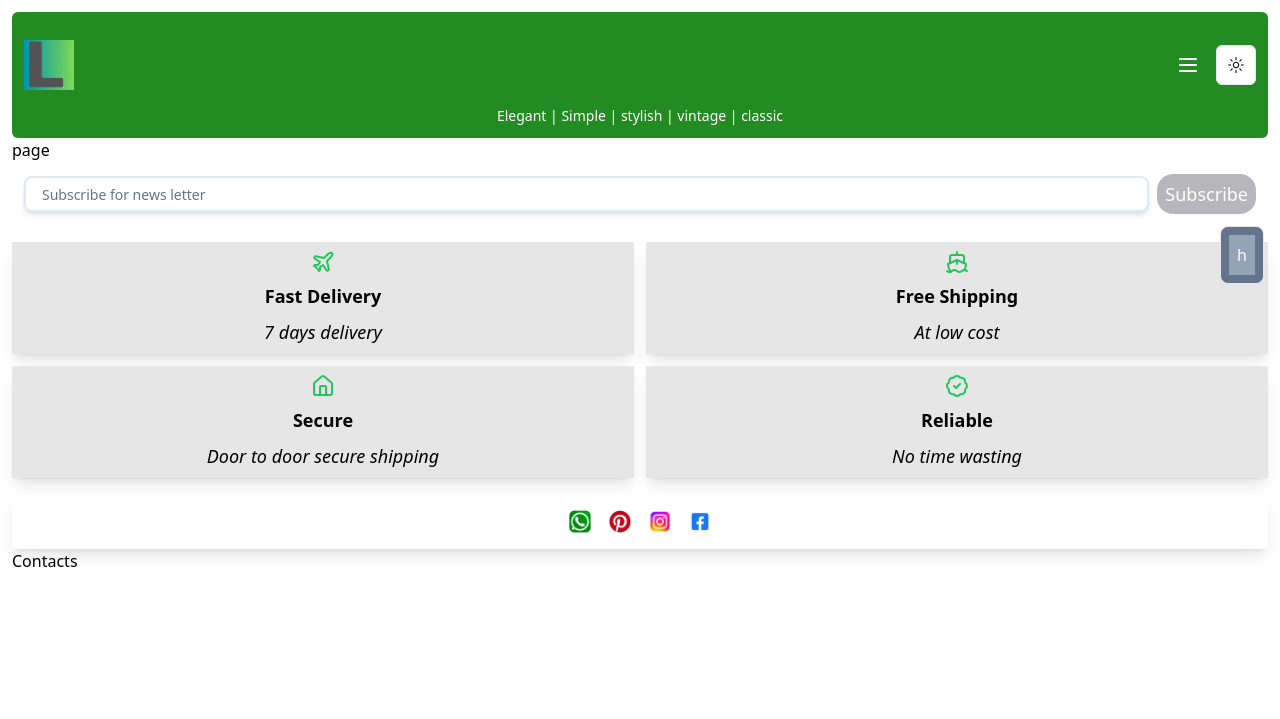
Repository: Semanmernstack/bisi-abejide
Page: /bb
An editor plug-in stored every save of this project. The page is shown before and after the next save, followed by the edit.
The browser window is 1280 px wide. The pictures show the whole page.
The project was rebuilt for these pictures with package versions that can differ from the ones it lists, and the page was loaded fresh each time. The framework's server and built-in components were replaced by stand-ins that run in the browser. Also part of the build but not shown: next.config.mjs.

Above is the page before, as saved 2024-04-19 00:44:46.

### app/layout.tsx
import type { Metadata } from "next";
import { Inter } from "next/font/google";
import "./globals.css";
import { ThemeProvider } from "@/components/theme-provider";
import Nav from "@/components/Nav";
import Footer from "@/components/Footer";

const inter = Inter({ subsets: ["latin"] });

export const metadata: Metadata = {
  title: "Welcome to Lolaflo store",
  description: "Hppy Shopping",
};

export default function RootLayout({
  children,
}: Readonly<{
  children: React.ReactNode;
}>) {
  return (
    <html lang="en">
      <body className=" flex flex-col p-3  min-h-screen   dark:bg-gray-800 dark:text-white">
      <ThemeProvider
            attribute="class"
            defaultTheme="system"
            enableSystem
            disableTransitionOnChange
          >
            <Nav/>
        {children}
        <Footer/>
      </ThemeProvider>
        </body>
    </html>
  );
}

### components/Nav.tsx
"use client"

import Image from "next/image"
import Cat from "./Cat"
import Toggle from "./Toggle"
import { motion } from "framer-motion"
import anky from '../public/anky.gif'
import Link from "next/link"

function Nav() {
    return (
      <div    className='p-3 top-0 z-50 sticky w-full bg-[#228B22] rounded-md  '>

          <div    className='flex py-4 gap-2 items-center justify-between '>
              <motion.div
                     initial={{
                        x: -500,
                         opacity: 0,
                        scale:0.5,
                    }}
                    animate={{
                        x:0,
                        opacity: 1,
                        scale: 1,
                    }}
                    transition={{
                        duration: 1,
                    }}
                    className='flex flex-col  justify-start   font-serif items-center  text-white'>
                    <Link href={'/'} className="flex flex-col ">


                      <Image className="flex justify-start" src={anky} alt="" width={50} height={40}/>

                    </Link>






              </motion.div>
              <motion.div
                  initial={{
                    x: 500,
                    opacity: 0,
                    scale:0.5,
                }}
                animate={{
                    x:0,
                    opacity: 1,
                    scale: 1,
                }}
                transition={{
                    duration: 1,
                }}
                className='flex items-center  space-x-2'>
                  <Cat/>
                  <Toggle/>
              </motion.div>
          </div>

          <div  className="flex  text-center justify-center text-white text-xs ">
                <h1 className="text-sm font-medium">Elegant | Simple | stylish | vintage | classic</h1>
            </div>

      </div>
    )
  }

  export default Nav

### components/Footer.tsx
"use client"
import React, { useState } from 'react'
import Mailing from './Mailing'
import Delivery from './Delivery'
import Ai from './Ai'
import NewsLet from './NewsLet'
import SubAi from './SubAi'
import Contacts from './Contacts'
import Icon from './Icon'

function Footer() {

  return (
    <div >
        <div>
            <NewsLet/>
            <SubAi   />
            <Delivery />
            <Icon/>
            <Contacts/>
        </div>
    </div>
  )
}

export default Footer

try {

} catch (error) {

}

### components/Cat.tsx
"use client"
import React from 'react'
import {
    DropdownMenu,
    DropdownMenuContent,
    DropdownMenuItem,
    DropdownMenuLabel,
    DropdownMenuSeparator,
    DropdownMenuTrigger,
  } from "@/components/ui/dropdown-menu"
import { MenuIcon } from 'lucide-react'
import { usePathname } from 'next/navigation'
import Link from 'next/link'
import Icon from './Icon'

interface P {
    name: string,
    href: string
}

const links: P[] = [
    {
        name: 'Home', href: "/"
    },
    {
        name: 'Ankara ', href: "/Ankara"

    },

    {
        name: 'Kaftan ', href: "/Kaftan"

    },
    {
        name: 'Turban ', href: "/Turban"

    },




]


function Cat() {
    const pathname = usePathname()
  return (

    <div>
        <DropdownMenu >
            <DropdownMenuTrigger className=" flex flex-col w-10 h-9  text-white text-xl  justify-center items-center text-center">
                <MenuIcon/>
            </DropdownMenuTrigger>
            <DropdownMenuContent className=''>
                <DropdownMenuLabel className=" flex font-bold font-serif sm:font-bold justify-center gap-1 p-1 border items-center"> CATEGORIES</DropdownMenuLabel>
                <DropdownMenuSeparator />

                <DropdownMenuItem className="flex items-center justify-center   flex-col p-3 gap-2    rounded-md">
                {links.map((l, index) => (
                <div key={index} className='flex   rounded-lg  text-zinc-500 md:w-1/2 text-center font-extrabold     p-2 transition ease-in-out delay-150 hover:-translate-y-1 hover:scale-95  duration-300 '>
                    {pathname === l.href ? (
                        <Link href={l.href} className='text-sm sm:text-lg text-red-800 font-semibold animate-pulse'>
                            {l.name}
                        </Link>

                    ):(
                        <Link href= {l.href }
                        className="flex   p-2 gap-1 italic sm:font-semibold hover:border rounded-lg border-teal-700  text-slate-800 dark:text-white text-sm sm:text-lg font-bold transition duration-100  "
                        >
                            {l.name}
                        </Link>

                    )}

                </div>
            ))}
            <Icon/>

                </DropdownMenuItem>


            </DropdownMenuContent>
        </DropdownMenu>

    </div>
  )
}

export default Cat

### components/Toggle.tsx
"use client"
import React from 'react'
import { MoonIcon, SunIcon } from "@radix-ui/react-icons"
import { useTheme } from "next-themes"
import { Button } from "@/components/ui/button"
import {
    DropdownMenu,
    DropdownMenuContent,
    DropdownMenuItem,
    DropdownMenuTrigger,
  } from "@/components/ui/dropdown-menu"

function Toggle() {
    const { setTheme } = useTheme()
  return (
    <div>
        <DropdownMenu>
      <DropdownMenuTrigger asChild>
        <Button variant="outline" size="icon">
          <SunIcon className=" h-4 w-4 rotate-0 scale-100 transition-all dark:-rotate-90 dark:scale-0" />
          <MoonIcon className="absolute h-4 w-4 rotate-90 scale-0 transition-all dark:rotate-0 dark:scale-100" />
          <span className="sr-only">Toggle theme</span>
        </Button>
      </DropdownMenuTrigger>
      <DropdownMenuContent align="end">
        <DropdownMenuItem onClick={() => setTheme("light")}>
          Light
        </DropdownMenuItem>
        <DropdownMenuItem onClick={() => setTheme("dark")}>
          Dark
        </DropdownMenuItem>
        <DropdownMenuItem onClick={() => setTheme("system")}>
          System
        </DropdownMenuItem>
      </DropdownMenuContent>
    </DropdownMenu>

    </div>
  )
}

export default Toggle

### components/Delivery.tsx

import {  BadgeCheckIcon, PlaneIcon, HomeIcon, ShipIcon } from 'lucide-react'
import React from 'react'

const details = [
    {
        name: 'Fast Delivery',
        icon: <PlaneIcon/>,
        desc: '7 days delivery',
    },
    {
        name: 'Free Shipping',
        icon: <ShipIcon/>,
        desc: 'At low cost',
    },
    {
        name: 'Secure',
        icon: <HomeIcon/>,
        desc: 'Door to door secure shipping',
    },
    {
        name: 'Reliable',
        icon: <BadgeCheckIcon/>,
        desc: 'No time wasting',
    },
]

function Delivery() {
  return (
    <div className='  dark:bg-gray-800   py-4 grid grid-cols-1 sm:grid-cols-2 gap-3'>
        {details?.map((b, i) => (
            <div className='flex flex-col border-1  text-center justify-center items-center  bg-[#e6e6e6] p-2 gap-2 shadow-lg ' key={i}>
                <h2 className='text-green-500 '>{b.icon}</h2>
                <h4 className='text-xs sm:text-sm md:text-lg dark:text-white font-bold'>{b.name}</h4>
                <h5 className='text-xs sm:text-sm  dark:text-white md:text-lg italic'>{b.desc}</h5>


            </div>

        ))}


    </div>

  )
}

export default Delivery

### components/NewsLet.tsx
import React from 'react'
import Mail from './Mail'

function NewsLet() {
  return (
    <div>
        <Mail/>
    </div>
  )
}

export default NewsLet

### components/SubAi.tsx
"use client"

import React, { useState } from 'react'
import Ai from './Ai';
import { motion } from "framer-motion"

function SubAi() {
  const [chatBoxOpen, setChatBoxOpen] = useState(false);
  return (
    <motion.div
    initial={{
      x: 500,
      opacity: 0,
      scale:0.5,
  }}
  animate={{
      x:0,
      opacity: 1,
      scale: 1,
  }}
  transition={{
      duration: 1,
  }}
       className='flex items-center justify-between right-4 bottom-25 z-50 fixed  bg-slate-500 rounded-lg text-white  max-w-2xl border p-2 '  >



      <Ai />
    </motion.div>
  )
}

export default SubAi

### components/Icon.tsx
"use client"
import React from 'react'

import whatsapp from '../public/whatsapp.png'
import instagram from '../public/intagram.jpg'
import facebook from '../public/facebook.png'
import pinterest from '../public/pinterest.png'
import Image from 'next/image'
import Link from 'next/link'

function Icon() {
  return (
    <div


        className='flex p-4 gap-4 shadow-lg items-center text-center justify-center   text-sm      '>

        <Link className='contain  transition ease-in-out delay-150  hover:translate-y-1 hover:scale-95  duration-300      ' href={''}>
            <Image src={whatsapp} alt="whatsapp" width={24} height={24} />
        </Link>
        <Link className='contain  transition ease-in-out delay-150  hover:translate-y-1 hover:scale-95  duration-300    ' href={''}>
            <Image src={pinterest} alt="whatsapp" width={24} height={24} />
        </Link>
        <Link className='contain transition ease-in-out delay-150  hover:translate-y-1 hover:scale-95  duration-300   ' href={''}>

            <Image src={instagram} alt="whatsapp" width={24} height={24} />
        </Link>
        <Link className='contain transition ease-in-out delay-150  hover:translate-y-1 hover:scale-95  duration-300     ' href={''}>
            <Image src={facebook} alt="whatsapp" width={24} height={24} />
        </Link>


    </div>
  )
}

export default Icon

### components/ui/button.tsx
import * as React from "react"
import { Slot } from "@radix-ui/react-slot"
import { cva, type VariantProps } from "class-variance-authority"

import { cn } from "@/lib/utils"

const buttonVariants = cva(
  "inline-flex items-center justify-center whitespace-nowrap rounded-md text-sm font-medium ring-offset-white transition-colors focus-visible:outline-none focus-visible:ring-2 focus-visible:ring-slate-950 focus-visible:ring-offset-2 disabled:pointer-events-none disabled:opacity-50 dark:ring-offset-slate-950 dark:focus-visible:ring-slate-300",
  {
    variants: {
      variant: {
        default: "bg-slate-900 text-slate-50 hover:bg-slate-900/90 dark:bg-slate-50 dark:text-slate-900 dark:hover:bg-slate-50/90",
        destructive:
          "bg-red-500 text-slate-50 hover:bg-red-500/90 dark:bg-red-900 dark:text-slate-50 dark:hover:bg-red-900/90",
        outline:
          "border border-slate-200 bg-white hover:bg-slate-100 hover:text-slate-900 dark:border-slate-800 dark:bg-slate-950 dark:hover:bg-slate-800 dark:hover:text-slate-50",
        secondary:
          "bg-slate-100 text-slate-900 hover:bg-slate-100/80 dark:bg-slate-800 dark:text-slate-50 dark:hover:bg-slate-800/80",
        ghost: "hover:bg-slate-100 hover:text-slate-900 dark:hover:bg-slate-800 dark:hover:text-slate-50",
        link: "text-slate-900 underline-offset-4 hover:underline dark:text-slate-50",
      },
      size: {
        default: "h-10 px-4 py-2",
        sm: "h-9 rounded-md px-3",
        lg: "h-11 rounded-md px-8",
        icon: "h-10 w-10",
      },
    },
    defaultVariants: {
      variant: "default",
      size: "default",
    },
  }
)

export interface ButtonProps
  extends React.ButtonHTMLAttributes<HTMLButtonElement>,
    VariantProps<typeof buttonVariants> {
  asChild?: boolean
}

const Button = React.forwardRef<HTMLButtonElement, ButtonProps>(
  ({ className, variant, size, asChild = false, ...props }, ref) => {
    const Comp = asChild ? Slot : "button"
    return (
      <Comp
        className={cn(buttonVariants({ variant, size, className }))}
        ref={ref}
        {...props}
      />
    )
  }
)
Button.displayName = "Button"

export { Button, buttonVariants }

### components/Mail.tsx
"use client"
import React, { FormEvent, useState } from 'react'
import { Input } from './ui/input'
import { Button } from './ui/button'

function Mail() {
    const [input, setInput] = useState<string>("")
    const [mailError, setMailError] = useState<string> ("")
    const [mailOk, setMailOk] = useState<string>("")

    const handleSubmit = async (e: FormEvent<HTMLFormElement>) => {
        e.preventDefault()
        const email = input;


        const res = await fetch("/api/mailSub", {
            method: 'POST',
            headers: {
                "Content-Type": "application/json",
            },

            body: JSON.stringify({email}),

        })

        const data = await res.json()
        if (data.error) {
            setMailError('Hey you already subscribe to trizzas cake')

            return
        }
        setMailOk(data.res)
        setInput("")


    }


  return (
    <div className='flex flex-col items-center w-full  '>
        <form className="flex  flex-col p-3 w-full " onSubmit={handleSubmit}>
            <div className='gap-2 flex  flex-col md:flex-row items-center'>
                <Input type="email"
                    placeholder='Subscribe for news letter'
                    value={input}

                    onChange={(e) => setInput(e.target.value)}
                    required
                    className="outline-none flex-1 w-full text-white shadow-md  border-2 h-12 md:h-8   p-4 rounded-lg   from-fuchsia-400 "

                 />
                 <Button className="text-sm   text-center justify-center flex cursor-pointer  text-white bg-zinc-500 p-2  sm:text-lg transition ease-in-out delay-150 hover:-translate-y-1 hover:scale-95  duration-300  rounded-xl md:rounded-2xl " type='submit' disabled={!input}    >
                    Subscribe
                 </Button>
            </div>

        </form>
        {(mailOk || mailError ) && (
            <div className="mt-5 text-sm text-center justify-center font-extrabold">
             {mailOk ?(<p className="  bg-red-900 px-2 py-2 mb-2 text-white"> Subscription Sucessful !! </p>):(<p className="bg-green-500 p-1">You already Subscribed</p>)}
            </div>
        )}

    </div>
  )
}

export default Mail

### components/Ai.tsx
import {  Bot, MessageCircleIcon, SendHorizontal, XCircle } from 'lucide-react'
import React, { useState } from 'react'
import SubAi from './SubAi'
import ReactMarkdown from "react-markdown";

import { SocialIcon } from 'react-social-icons'
import { Message, useChat } from 'ai/react';

import Link from 'next/link';
import { cn } from '@/lib/utils';

import {
  Popover,
  PopoverContent,
  PopoverTrigger,
} from "@/components/ui/popover"


function Ai() {





  return (

    <div className='p-2 max-w-2xl bg-slate-400 mx-auto h-full'>
      <Popover  >
      <PopoverTrigger>h</PopoverTrigger>

        <PopoverContent className=' text-green-600 mx-auto h-full bg-slate-200 max-w-2xl'> Welcome to LOLAFLO store</PopoverContent>

      </Popover>






    </div>

  )
}

export default Ai

### components/ui/input.tsx
import * as React from "react"

import { cn } from "@/lib/utils"

export interface InputProps
  extends React.InputHTMLAttributes<HTMLInputElement> {}

const Input = React.forwardRef<HTMLInputElement, InputProps>(
  ({ className, type, ...props }, ref) => {
    return (
      <input
        type={type}
        className={cn(
          "flex h-10 w-full rounded-md border border-slate-200 bg-white px-3 py-2 text-sm ring-offset-white file:border-0 file:bg-transparent file:text-sm file:font-medium placeholder:text-slate-500 focus-visible:outline-none focus-visible:ring-2 focus-visible:ring-slate-950 focus-visible:ring-offset-2 disabled:cursor-not-allowed disabled:opacity-50 dark:border-slate-800 dark:bg-slate-950 dark:ring-offset-slate-950 dark:placeholder:text-slate-400 dark:focus-visible:ring-slate-300",
          className
        )}
        ref={ref}
        {...props}
      />
    )
  }
)
Input.displayName = "Input"

export { Input }

### components/ui/popover.tsx
"use client"

import * as React from "react"
import * as PopoverPrimitive from "@radix-ui/react-popover"

import { cn } from "@/lib/utils"

const Popover = PopoverPrimitive.Root

const PopoverTrigger = PopoverPrimitive.Trigger

const PopoverContent = React.forwardRef<
  React.ElementRef<typeof PopoverPrimitive.Content>,
  React.ComponentPropsWithoutRef<typeof PopoverPrimitive.Content>
>(({ className, align = "center", sideOffset = 4, ...props }, ref) => (
  <PopoverPrimitive.Portal>
    <PopoverPrimitive.Content
      ref={ref}
      align={align}
      sideOffset={sideOffset}
      className={cn(
        "z-50 w-72 rounded-md border border-slate-200 bg-white p-4 text-slate-950 shadow-md outline-none data-[state=open]:animate-in data-[state=closed]:animate-out data-[state=closed]:fade-out-0 data-[state=open]:fade-in-0 data-[state=closed]:zoom-out-95 data-[state=open]:zoom-in-95 data-[side=bottom]:slide-in-from-top-2 data-[side=left]:slide-in-from-right-2 data-[side=right]:slide-in-from-left-2 data-[side=top]:slide-in-from-bottom-2 dark:border-slate-800 dark:bg-slate-950 dark:text-slate-50",
        className
      )}
      {...props}
    />
  </PopoverPrimitive.Portal>
))
PopoverContent.displayName = PopoverPrimitive.Content.displayName

export { Popover, PopoverTrigger, PopoverContent }

Loaded but not shown: app/bb/page.tsx (common file); app/globals.css (common file); components/theme-provider.tsx (common file); components/Contacts.tsx (common file); lib/utils.ts (common file); tailwind.config.ts (common file); components/ui/dropdown-menu.tsx (200 lines, source omitted)

After the next save:
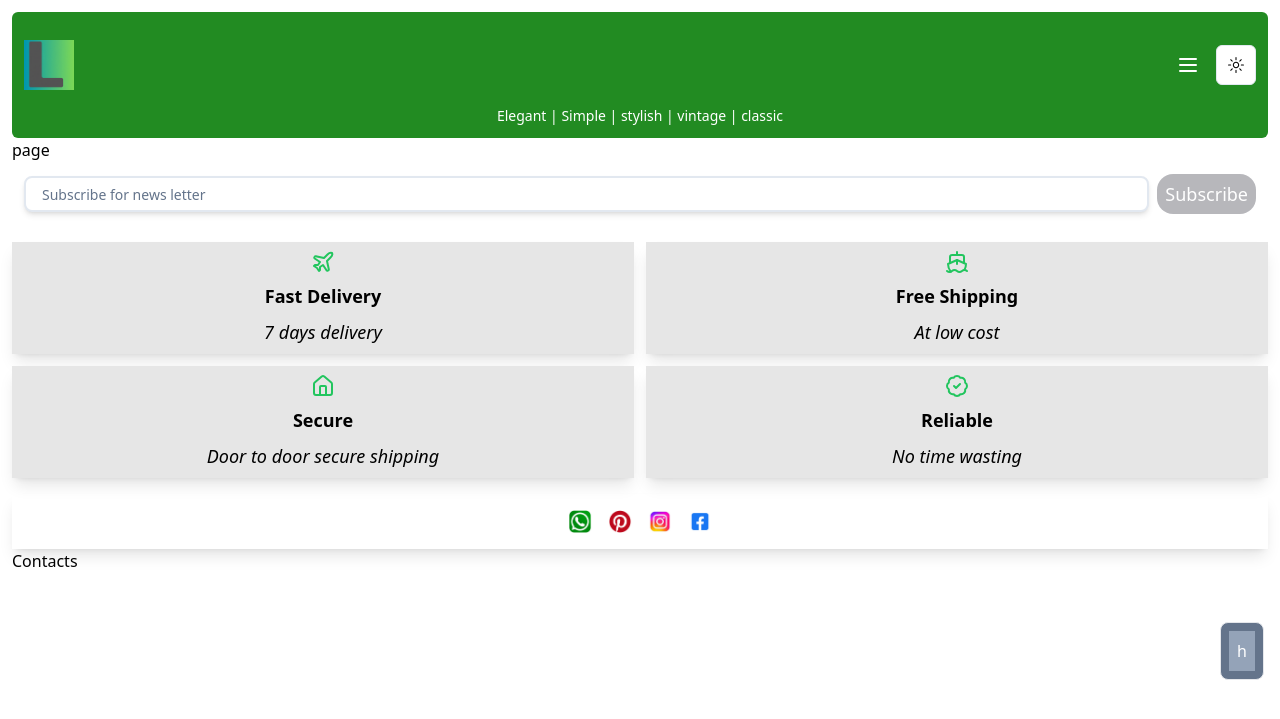
Saved 9 s later.
--- a/components/SubAi.tsx
+++ b/components/SubAi.tsx
@@ -21,7 +21,7 @@ function SubAi() {
   transition={{
       duration: 1,
   }}
-       className='flex items-center justify-between right-4 bottom-25 z-50 fixed  bg-slate-500 rounded-lg text-white  max-w-2xl border p-2 '  >
+       className='flex items-center justify-between right-4 bottom-10 z-50 fixed  bg-slate-500 rounded-lg text-white  max-w-2xl border p-2 '  >
 
 
 
